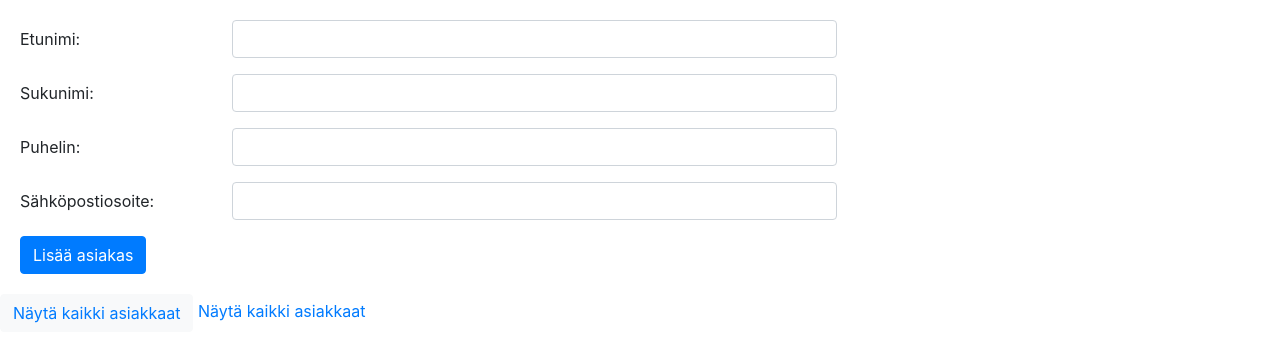
Repository: sarastu5/javaohjelmointi
Page: http://localhost/AsiakkaatWeb/lisaaasiakas.jsp
An editor plug-in stored every save of this project. The page is shown before and after the next save, followed by the edit.
The browser window is 1280 px wide. The pictures show the whole page.
Some web libraries are served in a nearby version. The page is served by Tomcat 9. The session is filled in as if someone had signed in: {"kayttaja": 1}. Other server files are loaded and not shown.

Above is the page before, as saved 2018-05-04 18:51:55.

### Java EE/AsiakkaatWeb/WebContent/lisaaasiakas.jsp
<%@include file="onkokirjauduttu.jsp" %>
<%@ page language="java" contentType="text/html; charset=ISO-8859-1"
    pageEncoding="ISO-8859-1"%>
<!DOCTYPE html PUBLIC "-//W3C//DTD HTML 4.01 Transitional//EN" "http://www.w3.org/TR/html4/loose.dtd">
<html>
<head>
<meta http-equiv="Content-Type" content="text/html; charset=ISO-8859-1">
<script src="https://ajax.googleapis.com/ajax/libs/jquery/3.1.1/jquery.min.js"></script>
<link rel="stylesheet" type="text/css" href="main.css">
<link rel="stylesheet" href="https://stackpath.bootstrapcdn.com/bootstrap/4.1.0/css/bootstrap.min.css" integrity="sha384-9gVQ4dYFwwWSjIDZnLEWnxCjeSWFphJiwGPXr1jddIhOegiu1FwO5qRGvFXOdJZ4" crossorigin="anonymous">
<title>Asiakkaiden lisäys</title>
</head>
<body>
	<div id="error"></div>
	<div class="lomake">
		<form action="LisaaAsiakas" method="post" name="lisaaLomake" onsubmit="return validateForm()" id="lisaaLomake">
			<div class="form-group row">
		   		<label for="etunimi" class="col-sm-2 col-form-label">Etunimi:</label>
		    	<div class="col-sm-6">
		      		<input type="text" class="form-control" name="etunimi" id="etunimi">
		    	</div>
	  		</div>
	  		<div class="form-group row">
		   		<label for="sukunimi" class="col-sm-2 col-form-label">Sukunimi:</label>
		    	<div class="col-sm-6">
		      		<input type="text" class="form-control" name="sukunimi" id="sukunimi">
		    	</div>
	  		</div>
	  		<div class="form-group row">
		   		<label for="puhelin" class="col-sm-2 col-form-label">Puhelin:</label>
		    	<div class="col-sm-6">
		      		<input type="text" class="form-control" name="puhelin" id="puhelin">
		    	</div>
	  		</div>
	  		<div class="form-group row">
		   		<label for="sposti" class="col-sm-2 col-form-label">Sähköpostiosoite:</label>
		    	<div class="col-sm-6">
		      		<input type="text" class="form-control" name="sposti" id="sposti">
		    	</div>
	  		</div>

	  		<button type="submit" class="btn btn-primary" value="lisää">Lisää asiakas</button>
		</form>
	</div>
	<button type="button" class="btn btn-light"><a href="haeasiakkaat.jsp">Näytä kaikki asiakkaat</a></button>
	<a href="haeasiakkaat.jsp">Näytä kaikki asiakkaat</a>

	<script>
		function validateForm() {
			var error = "";

			var etunimi = document.forms["lisaaLomake"]["etunimi"].value;
			if (etunimi == "") {
				error = error + "Etunimi on pakollinen<br>";
			}

			var sukunimi = document.forms["lisaaLomake"]["sukunimi"].value;
			if (sukunimi == "") {
				error = error + "Sukunimi on pakollinen<br>";
			}

			var puhelin = document.forms["lisaaLomake"]["puhelin"].value;
			if (puhelin == "") {
				error = error + "Puhelinnumero on pakollinen<br>";
			}

			if (error !== "") {
				$("#error").html(error);
				return false;
			}
		}
	</script>

	<script src="https://code.jquery.com/jquery-3.3.1.slim.min.js" integrity="sha384-q8i/X+965DzO0rT7abK41JStQIAqVgRVzpbzo5smXKp4YfRvH+8abtTE1Pi6jizo" crossorigin="anonymous"></script>
	<script src="https://cdnjs.cloudflare.com/ajax/libs/popper.js/1.14.0/umd/popper.min.js" integrity="sha384-cs/chFZiN24E4KMATLdqdvsezGxaGsi4hLGOzlXwp5UZB1LY//20VyM2taTB4QvJ" crossorigin="anonymous"></script>
	<script src="https://stackpath.bootstrapcdn.com/bootstrap/4.1.0/js/bootstrap.min.js" integrity="sha384-uefMccjFJAIv6A+rW+L4AHf99KvxDjWSu1z9VI8SKNVmz4sk7buKt/6v9KI65qnm" crossorigin="anonymous"></script>
</body>
</html>

### Java EE/AsiakkaatWeb/WebContent/onkokirjauduttu.jsp
<%
if (session.getAttribute("kayttaja")==null) {
	response.sendRedirect("index.jsp");
	return;
}
%>

### Java EE/AsiakkaatWeb/WebContent/main.css
td.otsikko {
	font-weight: bold;
}

.lomake {
	padding: 20px;
}

After the next save:
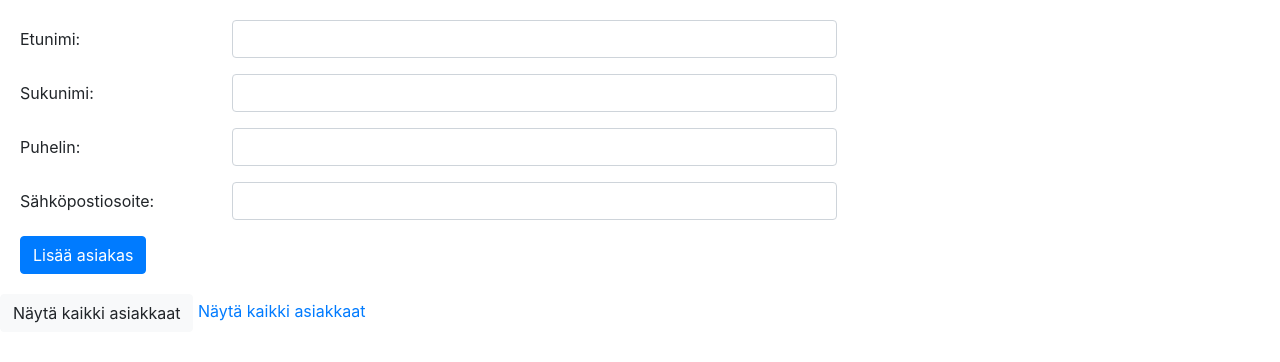
Saved 51 s later.
--- a/Java EE/AsiakkaatWeb/WebContent/lisaaasiakas.jsp
+++ b/Java EE/AsiakkaatWeb/WebContent/lisaaasiakas.jsp
@@ -42,7 +42,7 @@
 	  		<button type="submit" class="btn btn-primary" value="lisää">Lisää asiakas</button>
 		</form>
 	</div>
-	<button type="button" class="btn btn-light"><a href="haeasiakkaat.jsp">Näytä kaikki asiakkaat</a></button>
+	<a href="haeasiakkaat.jsp"><button type="button" class="btn btn-light">Näytä kaikki asiakkaat</button></a>
 	<a href="haeasiakkaat.jsp">Näytä kaikki asiakkaat</a>
 
 	<script>
